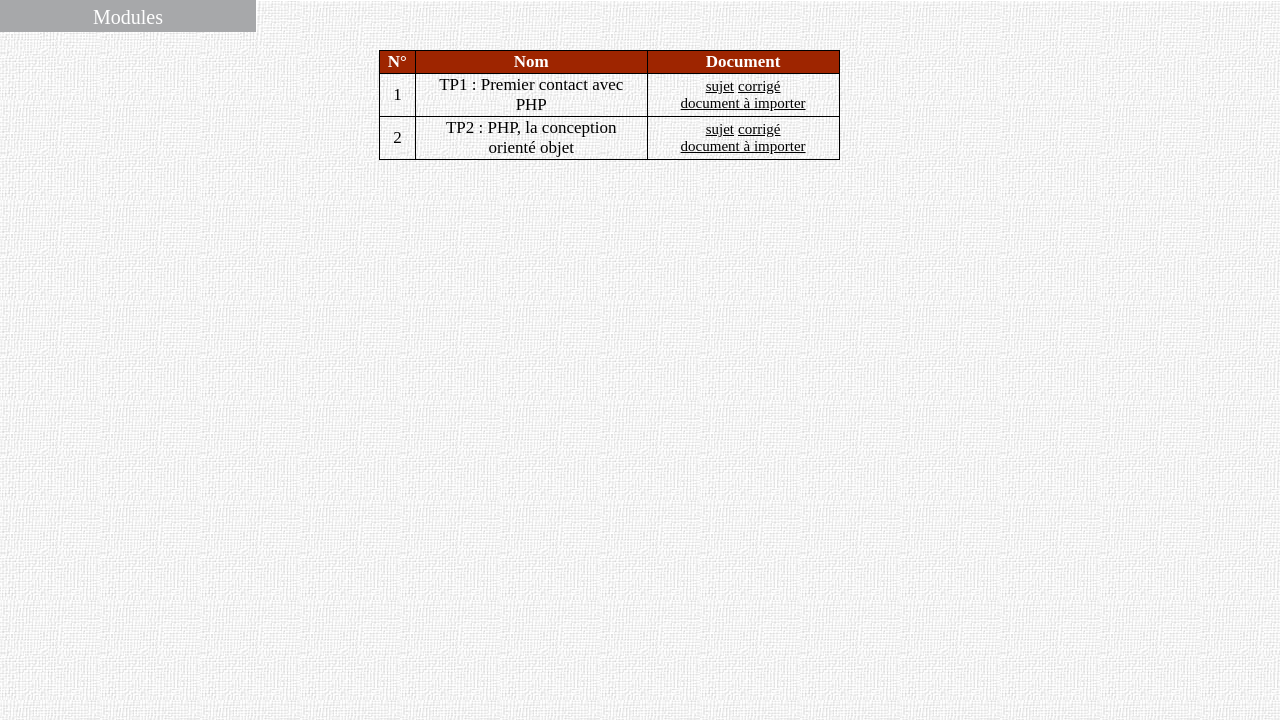
Repository: ValentinArg/PETUT
Page: http://localhost/PETUT/WEB-INF/jsp/eleve/forum.jsp
These files come from the project's save history. The page is drawn as it stood at one moment and after the next save; the edit follows.
The browser window is 1280 px wide. The pictures show the whole page.
Some web libraries are served in a nearby version. The page is served by Tomcat 9. Nobody is signed in. The template is opened directly, without the code that normally fills it, so the values that code supplies are empty.

Above is the page before, as saved 2016-11-03 21:59:43.

After the next save:
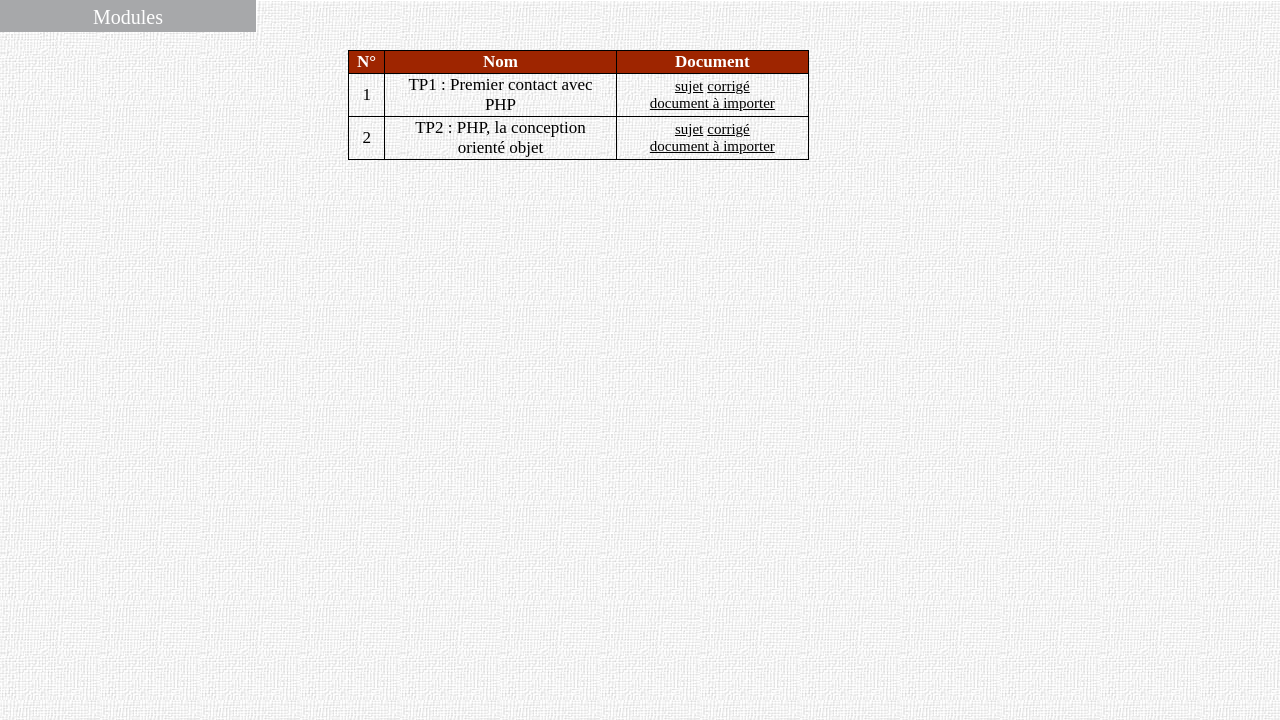
Saved 45 s later.
--- a/PETUT/WebContent/WEB-INF/jsp/eleve/forum.jsp
+++ b/PETUT/WebContent/WEB-INF/jsp/eleve/forum.jsp
@@ -182,7 +182,7 @@
 			$('.forum').hide();
 			var longueurDivTableau = ($(".tableau").width()*100);
 			var pourcentage = (longueurDivTableau/($(document).width()));
-			var resultat = ((100-pourcentage)/2)/2;
+			var resultat = ((100-pourcentage)/2)-20;
 			alert(resultat);
 			var string = resultat+'%';
 			document.getElementById('tableauSujets').style.marginLeft = string;
